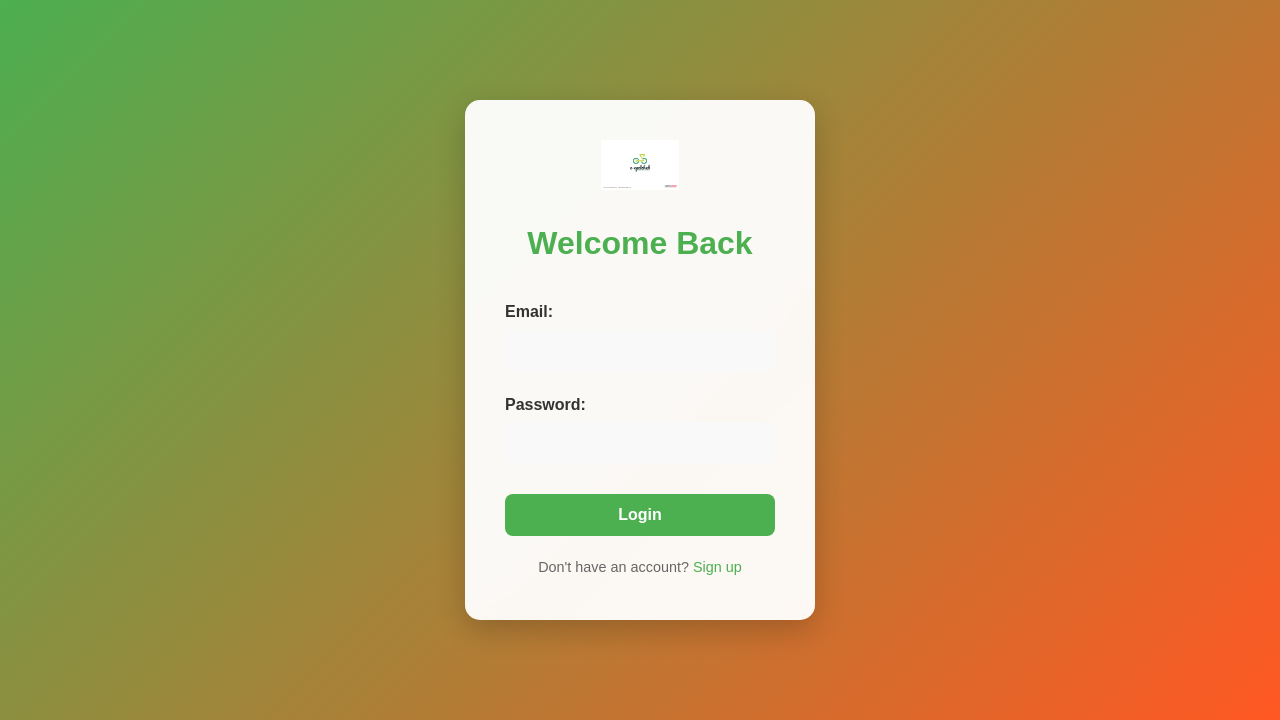
Repository: Rutuja-g/E-Cycle-Hub
Page: public/login.html
An editor plug-in stored every save of this project. The page is shown before and after the next save, followed by the edit.
The browser window is 1280 px wide. The pictures show the whole page.
Backgrounds fixed to the window are drawn as part of the page.

Above is the page before, as saved 2025-10-23 17:17:26.

### public/login.html
<!DOCTYPE html>
<html lang="en">
  <head>
    <meta charset="UTF-8" />
    <meta name="viewport" content="width=device-width, initial-scale=1.0" />
    <title>Login - E-Cycle Hub</title>
    <link rel="icon" href="favicon.ico" type="image/x-icon" />
    <link rel="stylesheet" href="css/reset.css" />
    <link rel="stylesheet" href="css/variables.css" />
    <link rel="stylesheet" href="css/main.css" />
    <link rel="stylesheet" href="css/auth.css" />
  </head>
  <body>
    <header style="display: none">
      <!-- Header hidden for auth pages -->
    </header>

    <main>
      <section class="login-form">
        <div class="logo-auth">
          <img src="assets/images/logo.jpg" alt="E-Cycle Hub Logo" />
        </div>
        <h2>Welcome Back</h2>
        <form id="loginForm">
          <div class="form-group">
            <label for="email">Email:</label>
            <input type="email" id="email" name="email" required />
            <span class="error" id="emailError"></span>
          </div>
          <div class="form-group">
            <label for="password">Password:</label>
            <input type="password" id="password" name="password" required />
            <span class="error" id="passwordError"></span>
          </div>
          <button type="submit" class="btn">Login</button>
        </form>
        <p>Don't have an account? <a href="signup.html">Sign up</a></p>
      </section>
    </main>

    <footer style="display: none">
      <!-- Footer hidden for auth pages -->
    </footer>

    <script src="js/auth.js"></script>
  </body>
</html>

### public/css/reset.css
html
/* CSS Reset */
* {
    margin: 0;
    padding: 0;
    box-sizing: border-box;
}

html, body {
    height: 100%;
    font-family: Arial, sans-serif;
}

img {
    max-width: 100%;
    height: auto;
}

a {
    text-decoration: none;
    color: inherit;
}

ul {
    list-style: none;
}

button {
    cursor: pointer;
}

### public/css/variables.css
:root {
    --primary-color: #4CAF50; /* Green */
    --secondary-color: #FF5722; /* Deep Orange */
    --background-color: #F5F5F5; /* Light Grey */
    --text-color: #333; /* Dark Text */
    --font-family: 'Arial', sans-serif; /* Default Font */
    --font-size-base: 16px; /* Base Font Size */
    --font-size-large: 1.25rem; /* Large Font Size */
    --font-size-small: 0.875rem; /* Small Font Size */
    --border-radius: 5px; /* Border Radius for Buttons */
    --box-shadow: 0 2px 5px rgba(0, 0, 0, 0.1); /* Box Shadow */
}

### public/css/main.css
/* Main styles for E-Cycle Hub */

/* Reset some default styles */
body {
  margin: 0;
  font-family: var(--font-family, Arial, sans-serif);
  line-height: 1.6;
  color: var(--text-color, #333);
}

h1,
h2,
h3,
h4,
h5,
h6 {
  margin: 0;
  color: var(--primary-color, #4caf50);
}

a {
  text-decoration: none;
  color: var(--link-color, #4caf50);
  transition: color 0.3s ease;
}

a:hover {
  color: var(--link-hover-color, #388e3c);
}

/* Layout styles */
.container {
  width: 90%;
  max-width: 1200px;
  margin: auto;
}

/* Navbar styles */
nav {
  display: flex;
  justify-content: space-between;
  align-items: center;
  padding: 0 20px;
}

.logo a {
  font-size: 1.5em;
  font-weight: bold;
}

.nav-links {
  list-style: none;
  display: flex;
  gap: 20px;
}

.nav-links li a {
  padding: 10px;
  transition: background 0.3s;
}

.nav-links li a:hover {
  background: rgba(76, 175, 80, 0.1);
  border-radius: 5px;
}

.header,
.footer {
  background: var(--header-footer-bg, #f8f8f8);
  padding: 20px 0;
}

.header {
  position: sticky;
  top: 0;
  z-index: 1000;
}

.main-content {
  padding: 20px 0;
}

/* Hero section styles */
.hero {
  position: relative;
  display: flex;
  align-items: center;
  justify-content: center;
  min-height: 400px;
  overflow: hidden;
}

.hero-banner {
  position: absolute;
  top: 0;
  left: 0;
  width: 100%;
  height: 100%;
  object-fit: cover;
  z-index: -1;
}

.hero-content {
  text-align: center;
  color: white;
  background: rgba(0, 0, 0, 0.5);
  padding: 20px;
  border-radius: 8px;
}

.hero h1 {
  font-size: 2.5em;
  margin-bottom: 10px;
}

.hero p {
  font-size: 1.2em;
  margin-bottom: 20px;
}

.btn {
  display: inline-block;
  padding: 10px 20px;
  background: var(--primary-color, #4caf50);
  color: white;
  border-radius: 5px;
  transition: background 0.3s ease, transform 0.2s ease;
}

.btn:hover {
  background: var(--hover-color, #388e3c);
  transform: translateY(-2px);
}

/* Responsive styles */
@media (max-width: 768px) {
  .container {
    width: 95%;
  }

  .header,
  .footer {
    padding: 15px 0;
  }

  .hero {
    min-height: 300px;
  }

  .hero h1 {
    font-size: 2em;
  }

  .hero p {
    font-size: 1em;
  }
}

@media (max-width: 480px) {
  .hero {
    flex-direction: column;
    text-align: center;
  }

  .hero-content {
    padding: 15px;
  }

  .hero h1 {
    font-size: 1.8em;
  }

  .hero p {
    font-size: 0.9em;
  }

  /* Navbar responsive */
  .nav-links {
    display: none;
  }

  /* Footer responsive */
  .footer-content {
    flex-direction: column;
    text-align: center;
  }

  .footer-links ul {
    flex-direction: column;
    gap: 10px;
  }

  /* Grid responsive */
  .grid--featured {
    grid-template-columns: repeat(auto-fit, minmax(200px, 1fr));
  }
}

/* Product card styles (updated for .card class used by main.js) */
.card {
  border: 1px solid #ddd;
  border-radius: 8px;
  padding: 15px;
  margin: 10px;
  text-align: center;
  background: white;
  box-shadow: 0 2px 5px rgba(0, 0, 0, 0.1);
  transition: transform 0.3s ease, box-shadow 0.3s ease;
}

.card:hover {
  transform: translateY(-5px);
  box-shadow: 0 4px 10px rgba(0, 0, 0, 0.2);
}

.card img {
  max-width: 100%;
  height: auto;
  border-radius: 5px;
}

.card .card-title {
  margin: 10px 0;
  font-size: 1.2em;
}

.card .price {
  color: var(--price-color, #e91e63);
  font-weight: bold;
  font-size: 1.1em;
}

.card .btn {
  margin-top: 10px;
}

/* Featured products grid */
.grid--featured {
  display: grid;
  grid-template-columns: repeat(auto-fit, minmax(250px, 1fr));
  gap: 20px;
  padding: 20px 0;
}

/* Cart styles */
.cart-item {
  display: flex;
  justify-content: space-between;
  padding: 10px 0;
  border-bottom: 1px solid #ddd;
}

.cart-item img {
  width: 50px;
  height: auto;
}

.cart-total {
  font-weight: bold;
  font-size: 1.2em;
}

/* Checkout styles */
.checkout-form {
  display: flex;
  flex-direction: column;
}

.checkout-form input,
.checkout-form button {
  margin: 10px 0;
  padding: 10px;
  border: 1px solid #ddd;
  border-radius: 5px;
}

.checkout-form button {
  background: var(--primary-color, #4caf50);
  color: white;
  cursor: pointer;
}

.checkout-form button:hover {
  background: var(--hover-color, #388e3c);
}

/* Product details styles */
.product-details {
  max-width: 1200px;
  margin: 0 auto;
  padding: 20px;
  display: flex;
  flex-direction: column;
  gap: 20px;
}

.back-link {
  color: var(--primary-color, #4caf50);
  font-weight: bold;
  margin-bottom: 20px;
  display: inline-block;
}

.back-link:hover {
  color: var(--link-hover-color, #388e3c);
}

.product-image {
  flex: 1;
  max-width: 600px;
  margin: 0 auto;
}

.product-image img {
  width: 100%;
  height: auto;
  border-radius: 8px;
  box-shadow: 0 4px 10px rgba(0, 0, 0, 0.1);
}

.product-info {
  flex: 1;
  padding: 20px;
  background: white;
  border-radius: 8px;
  box-shadow: 0 2px 5px rgba(0, 0, 0, 0.1);
}

.product-info h1 {
  font-size: 2em;
  margin-bottom: 10px;
}

.product-price {
  font-size: 1.5em;
  color: var(--price-color, #e91e63);
  font-weight: bold;
  margin-bottom: 20px;
}

.product-info p {
  line-height: 1.6;
  margin-bottom: 20px;
}

.product-info .btn {
  margin-top: 20px;
}

/* Responsive for product details */
@media (max-width: 768px) {
  .product-details {
    flex-direction: column;
  }

  .product-image,
  .product-info {
    flex: none;
    width: 100%;
  }

  .product-info {
    padding: 15px;
  }

  .product-info h1 {
    font-size: 1.8em;
  }

  .product-price {
    font-size: 1.3em;
  }
}

/* Footer styles */
.footer {
  background: var(--header-footer-bg, #f8f8f8);
}

.footer-content {
  display: flex;
  justify-content: space-between;
  align-items: center;
  flex-wrap: wrap;
  gap: 20px;
}

.footer-logo h2 {
  margin: 0;
}

.footer-links ul {
  list-style: none;
  display: flex;
  gap: 15px;
}

.footer-links li a {
  color: var(--text-color, #333);
}

.footer-social a {
  margin: 0 5px;
  font-size: 1.5em;
  color: var(--primary-color, #4caf50);
}

.footer-bottom {
  text-align: center;
  margin-top: 20px;
  border-top: 1px solid #ddd;
  padding-top: 10px;
}

### public/css/auth.css
/* Auth styles for login and signup pages */

body {
  margin: 0;
  font-family: var(--font-family, Arial, sans-serif);
  line-height: 1.6;
  color: var(--text-color, #333);
  background: linear-gradient(135deg, #4caf50 0%, #ff5722 100%);
  background-attachment: fixed;
  min-height: 100vh;
  display: flex;
  flex-direction: column;
}

main {
  flex: 1;
  display: flex;
  align-items: center;
  justify-content: center;
  padding: 20px;
}

.login-form,
.signup-form {
  background: rgba(255, 255, 255, 0.95);
  padding: 40px;
  border-radius: 15px;
  box-shadow: 0 10px 30px rgba(0, 0, 0, 0.2);
  width: 100%;
  max-width: 350px;
  text-align: center;
  backdrop-filter: blur(10px);
}

.login-form h2,
.signup-form h2 {
  font-size: 2em;
  margin-bottom: 30px;
  color: var(--primary-color, #4caf50);
  font-weight: bold;
}

.form-group {
  margin-bottom: 20px;
  text-align: left;
}

.form-group label {
  display: block;
  margin-bottom: 5px;
  font-weight: bold;
  color: var(--text-color, #333);
}

.form-group input {
  width: 100%;
  padding: 12px;
  border: none;
  border-radius: 8px;
  background: #f9f9f9;
  font-size: 1em;
  transition: all 0.3s ease;
  box-sizing: border-box;
}

.form-group input:focus {
  outline: none;
  background: #fff;
  box-shadow: 0 0 0 3px rgba(76, 175, 80, 0.3);
}

.btn {
  width: 100%;
  padding: 12px;
  background: var(--primary-color, #4caf50);
  color: white;
  border: none;
  border-radius: 8px;
  font-size: 1em;
  font-weight: bold;
  cursor: pointer;
  transition: all 0.3s ease;
  margin-top: 10px;
}

.btn:hover {
  background: #388e3c;
  transform: scale(1.02);
}

.login-form p,
.signup-form p {
  margin-top: 20px;
  font-size: 0.9em;
  color: #666;
}

.login-form a,
.signup-form a {
  color: var(--primary-color, #4caf50);
  text-decoration: none;
  transition: color 0.3s ease;
}

.login-form a:hover,
.signup-form a:hover {
  color: #388e3c;
  text-decoration: underline;
}

.error {
  color: #f44336;
  font-size: 0.8em;
  margin-top: 5px;
  display: block;
  opacity: 0;
  transition: opacity 0.3s ease;
}

.error.show {
  opacity: 1;
}

.success {
  color: #4caf50;
  font-size: 0.9em;
  margin-top: 10px;
  opacity: 0;
  transition: opacity 0.3s ease;
}

.success.show {
  opacity: 1;
}

.logo-auth {
  margin-bottom: 20px;
}

.logo-auth img {
  height: 50px;
}

/* Responsive styles */
@media (max-width: 600px) {
  .login-form,
  .signup-form {
    padding: 30px 20px;
    max-width: 100%;
  }

  .login-form h2,
  .signup-form h2 {
    font-size: 1.8em;
  }

  .form-group input {
    padding: 10px;
    font-size: 0.9em;
  }

  .btn {
    padding: 10px;
    font-size: 0.9em;
  }
}

### public/js/auth.js
// auth.js - Handles user authentication, login, signup, and session management

(function () {
  const USERS_KEY = "ecycle_users";
  const CURRENT_USER_KEY = "ecycle_current_user";
  const LOGGED_IN_KEY = "isLoggedIn";

  // Get users from localStorage
  function getUsers() {
    const users = localStorage.getItem(USERS_KEY);
    return users ? JSON.parse(users) : [];
  }

  // Save users to localStorage
  function saveUsers(users) {
    localStorage.setItem(USERS_KEY, JSON.stringify(users));
  }

  // Get current user
  function getCurrentUser() {
    const user = localStorage.getItem(CURRENT_USER_KEY);
    return user ? JSON.parse(user) : null;
  }

  // Set current user
  function setCurrentUser(user) {
    localStorage.setItem(CURRENT_USER_KEY, JSON.stringify(user));
  }

  // Clear current user (logout)
  function clearCurrentUser() {
    localStorage.removeItem(CURRENT_USER_KEY);
  }

  // Check if user is logged in
  function isLoggedIn() {
    return localStorage.getItem(LOGGED_IN_KEY) === "true";
  }

  // Set logged in flag
  function setLoggedIn() {
    localStorage.setItem(LOGGED_IN_KEY, "true");
  }

  // Clear logged in flag
  function clearLoggedIn() {
    localStorage.removeItem(LOGGED_IN_KEY);
  }

  // Validate email format
  function validateEmail(email) {
    const emailRegex = /^[^\s@]+@[^\s@]+\.[^\s@]+$/;
    return emailRegex.test(email);
  }

  // Validate password (at least 6 characters)
  function validatePassword(password) {
    return password.length >= 6;
  }

  // Update navbar with user info
  function updateNavbar() {
    const user = getCurrentUser();
    const userInfo = document.getElementById("user-info");
    const userName = document.getElementById("user-name");
    const logout = document.getElementById("logout");

    if (user && userInfo && userName) {
      userInfo.style.display = "block";
      userName.textContent = user.name;
      if (logout) {
        logout.addEventListener("click", function (e) {
          e.preventDefault();
          clearCurrentUser();
          clearLoggedIn();
          window.location.href = "login.html";
        });
      }
    } else if (userInfo) {
      userInfo.style.display = "none";
    }
  }

  // Restrict cart/checkout for non-logged-in users
  function restrictActions() {
    const user = getCurrentUser();
    const addToCartButtons = document.querySelectorAll(".btn-add-to-cart");
    const checkoutButtons = document.querySelectorAll(".btn-checkout");

    if (!user) {
      addToCartButtons.forEach((btn) => {
        btn.disabled = true;
        btn.textContent = "Login to Add to Cart";
        btn.addEventListener("click", function (e) {
          e.preventDefault();
          alert("Please login to add items to cart.");
          window.location.href = "login.html";
        });
      });

      checkoutButtons.forEach((btn) => {
        btn.disabled = true;
        btn.textContent = "Login to Checkout";
        btn.addEventListener("click", function (e) {
          e.preventDefault();
          alert("Please login to checkout.");
          window.location.href = "login.html";
        });
      });
    }
  }

  // Check session and redirect if not logged in on protected pages
  function checkSession() {
    const protectedPages = ["cart.html", "admin.html"];
    const currentPage = window.location.pathname.split("/").pop();
    if (protectedPages.includes(currentPage) && !isLoggedIn()) {
      window.location.href = "login.html";
    }

    // Additional check for admin page
    if (currentPage === "admin.html") {
      const user = getCurrentUser();
      if (!user || user.email !== "admin@ecyclehub.com") {
        alert("Access denied. Only admin can access this page.");
        window.location.href = "login.html";
      }
    }
  }

  // Handle login form
  function handleLogin() {
    const form = document.getElementById("loginForm");
    if (!form) return;

    form.addEventListener("submit", function (e) {
      e.preventDefault();

      const email = document.getElementById("email").value.trim();
      const password = document.getElementById("password").value;
      const emailError = document.getElementById("emailError");
      const passwordError = document.getElementById("passwordError");

      // Clear previous errors
      emailError.textContent = "";
      passwordError.textContent = "";

      let isValid = true;

      if (!validateEmail(email)) {
        emailError.textContent = "Please enter a valid email address.";
        isValid = false;
      }

      if (!validatePassword(password)) {
        passwordError.textContent = "Password must be at least 6 characters.";
        isValid = false;
      }

      if (!isValid) return;

      const users = getUsers();
      const user = users.find(
        (u) => u.email === email && u.password === password
      );

      if (user) {
        setCurrentUser(user);
        setLoggedIn();
        alert("Login successful!");
        // Check for redirect after login
        const redirectTo = localStorage.getItem("redirectAfterLogin");
        if (redirectTo) {
          localStorage.removeItem("redirectAfterLogin");
          window.location.href = redirectTo;
        } else {
          window.location.href = "index.html";
        }
      } else {
        emailError.textContent = "Invalid email or password.";
      }
    });
  }

  // Handle signup form
  function handleSignup() {
    const form = document.getElementById("signupForm");
    if (!form) return;

    form.addEventListener("submit", function (e) {
      e.preventDefault();

      const name = document.getElementById("name").value.trim();
      const email = document.getElementById("email").value.trim();
      const password = document.getElementById("password").value;
      const confirmPassword = document.getElementById("confirmPassword").value;

      const nameError = document.getElementById("nameError");
      const emailError = document.getElementById("emailError");
      const passwordError = document.getElementById("passwordError");
      const confirmPasswordError = document.getElementById(
        "confirmPasswordError"
      );

      // Clear previous errors
      nameError.textContent = "";
      emailError.textContent = "";
      passwordError.textContent = "";
      confirmPasswordError.textContent = "";

      let isValid = true;

      if (!name) {
        nameError.textContent = "Name is required.";
        isValid = false;
      }

      if (!validateEmail(email)) {
        emailError.textContent = "Please enter a valid email address.";
        isValid = false;
      }

      if (!validatePassword(password)) {
        passwordError.textContent = "Password must be at least 6 characters.";
        isValid = false;
      }

      if (password !== confirmPassword) {
        confirmPasswordError.textContent = "Passwords do not match.";
        isValid = false;
      }

      if (!isValid) return;

      const users = getUsers();
      const existingUser = users.find((u) => u.email === email);

      if (existingUser) {
        emailError.textContent = "Email already registered.";
        return;
      }

      const newUser = { name, email, password };
      users.push(newUser);
      saveUsers(users);
      setCurrentUser(newUser);
      setLoggedIn();

      alert("Signup successful!");
      window.location.href = "index.html";
    });
  }

  // Initialize auth functionality
  document.addEventListener("DOMContentLoaded", function () {
    checkSession();
    updateNavbar();
    restrictActions();
    handleLogin();
    handleSignup();
  });
})();

After the next save:
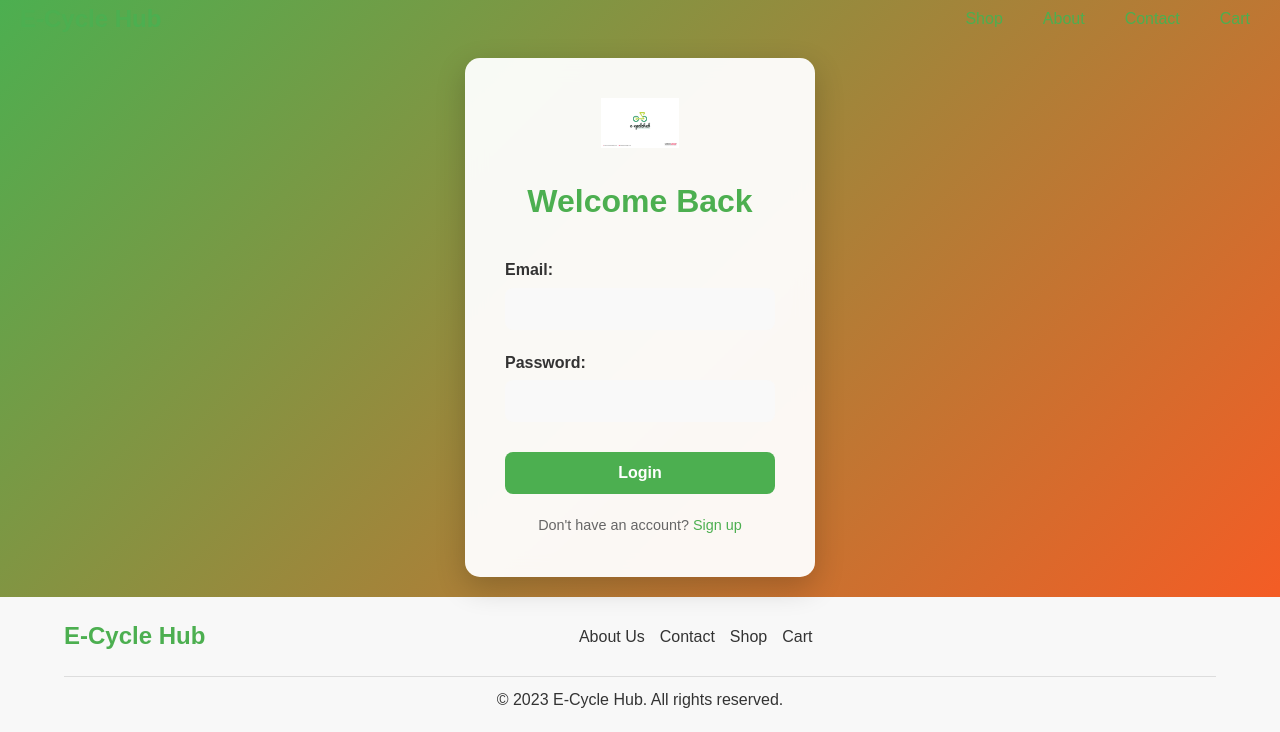
Saved 72 s later.
--- a/public/login.html
+++ b/public/login.html
@@ -11,8 +11,18 @@
     <link rel="stylesheet" href="css/auth.css" />
   </head>
   <body>
-    <header style="display: none">
-      <!-- Header hidden for auth pages -->
+    <header>
+      <nav>
+        <div class="logo">
+          <a href="index.html">E-Cycle Hub</a>
+        </div>
+        <ul class="nav-links">
+          <li><a href="shop.html">Shop</a></li>
+          <li><a href="about.html">About</a></li>
+          <li><a href="contact.html">Contact</a></li>
+          <li><a href="cart.html">Cart</a></li>
+        </ul>
+      </nav>
     </header>
 
     <main>
@@ -38,8 +48,38 @@
       </section>
     </main>
 
-    <footer style="display: none">
-      <!-- Footer hidden for auth pages -->
+    <footer>
+      <div class="footer">
+        <div class="container">
+          <div class="footer-content">
+            <div class="footer-logo">
+              <h2>E-Cycle Hub</h2>
+            </div>
+            <div class="footer-links">
+              <ul>
+                <li><a href="about.html">About Us</a></li>
+                <li><a href="contact.html">Contact</a></li>
+                <li><a href="shop.html">Shop</a></li>
+                <li><a href="cart.html">Cart</a></li>
+              </ul>
+            </div>
+            <div class="footer-social">
+              <a href="#" aria-label="Facebook"
+                ><i class="fab fa-facebook-f"></i
+              ></a>
+              <a href="#" aria-label="Twitter"
+                ><i class="fab fa-twitter"></i
+              ></a>
+              <a href="#" aria-label="Instagram"
+                ><i class="fab fa-instagram"></i
+              ></a>
+            </div>
+          </div>
+          <div class="footer-bottom">
+            <p>&copy; 2023 E-Cycle Hub. All rights reserved.</p>
+          </div>
+        </div>
+      </div>
     </footer>
 
     <script src="js/auth.js"></script>
